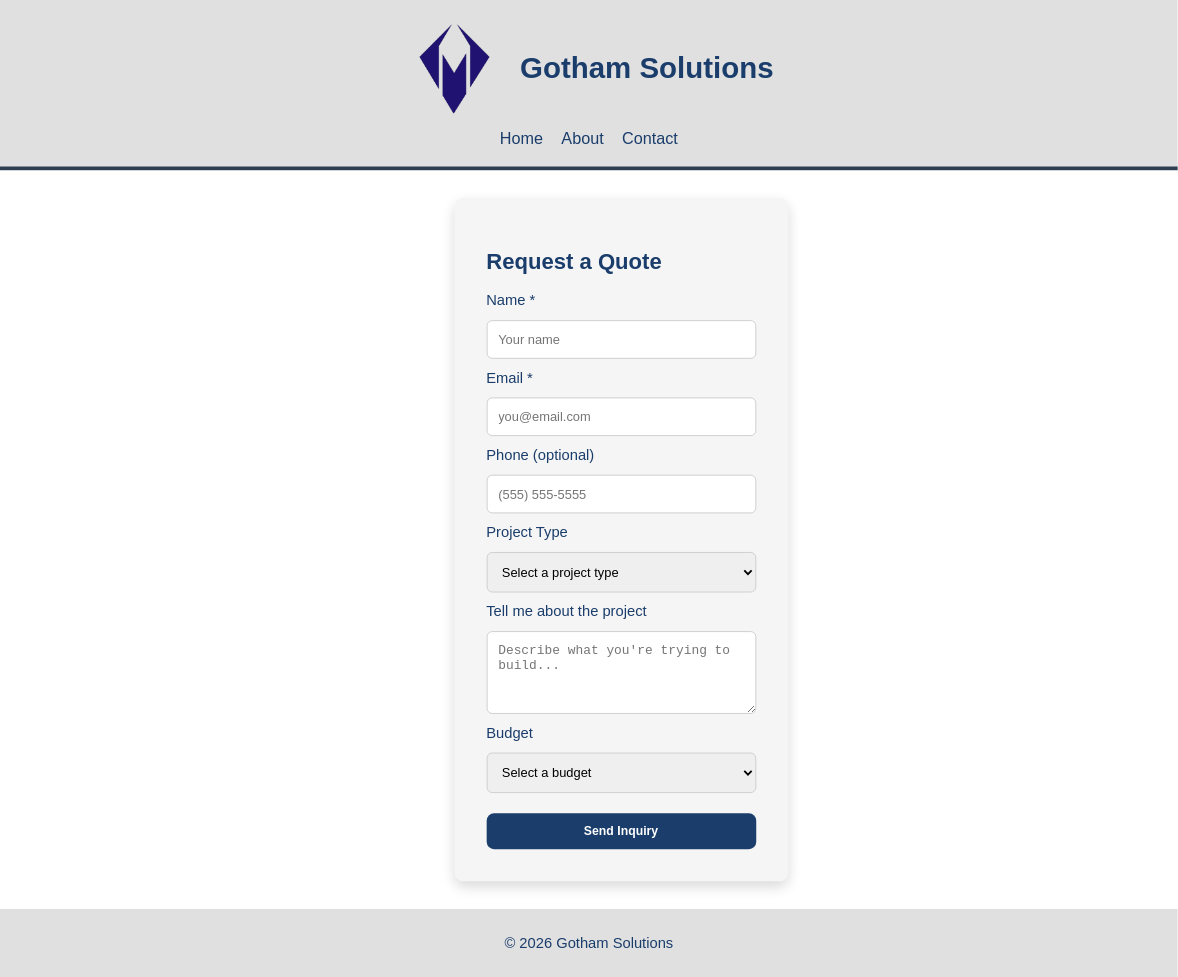
Repository: kmm569/gothamsolutions
Page: contact.html
These files come from the project's save history. The page is drawn as it stood at one moment and after the next save; the edit follows.
The browser window is 1280 px wide. The pictures show the whole page, at 92% of full size.

Above is the page before, as saved 2026-03-06 13:17:52.

After the next save:
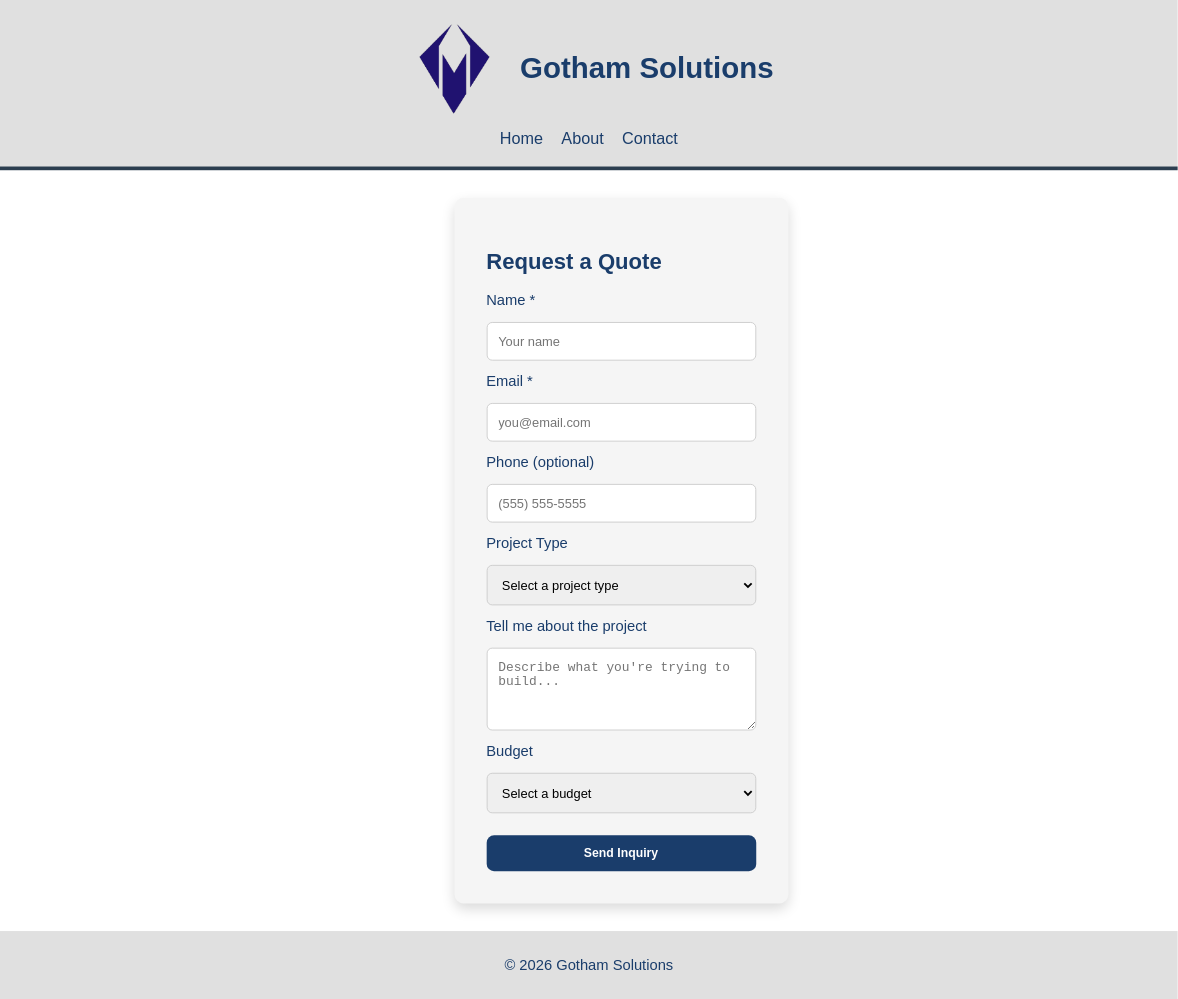
Saved 14 s later.
--- a/styles.css
+++ b/styles.css
@@ -193,7 +193,7 @@ main{
 form{
 	display:flex;
 	flex-direction:column;
-	gap:12px;
+	gap:14px;
 }
 
 input,
